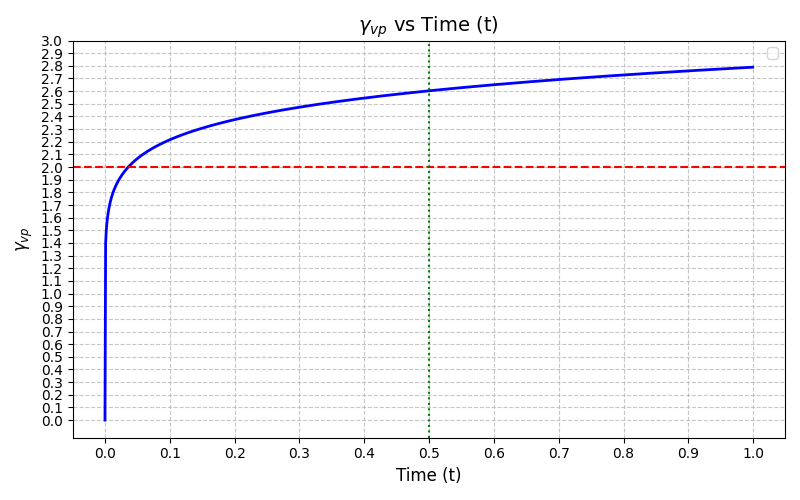
Repository: ajacquey/beaver
Script's output: python examples/viscoelasticity/Lemaitre/Lemaitre_analytical/Lemaitre_analytical.py
An editor plug-in stored every save of this project. The script's output is shown before and after the next save, followed by the edit.
Random numbers start from a fixed seed.

Above is the script's output before, as saved 2025-05-28 17:45:19.

### examples/viscoelasticity/Lemaitre/Lemaitre_analytical/Lemaitre_analytical.py
import numpy as np
import matplotlib.pyplot as plt
from openpyxl import Workbook

def calculate_gamma_vp(t, A_r=1, T_r=289, T=289, q=2, A_2=1, alpha=0.1, beta=1.48):
    """Calculate the analytical solution for gamma_vp"""
    exponent = A_r * ((1 / T_r) - (1 / T))
    numerator = alpha * np.exp(exponent)
    denominator = alpha
    first_term = (numerator / denominator) ** alpha
    second_term = (q / A_2) ** beta
    return first_term * second_term * (t ** alpha)

# Time range from 0 to 1 with step 0.1
t_values = np.arange(0, 1.0, 0.001)

# Calculate gamma_vp for each time point
gamma_vp_values = [calculate_gamma_vp(t) for t in t_values]

# --- Save to Excel ---
wb = Workbook()
ws = wb.active
ws.title = "Gamma_vp Results"
ws.append(["Time (t)", "Gamma_vp"])
for t, gamma in zip(t_values, gamma_vp_values):
    ws.append([t, gamma])
wb.save("gamma_vp_results.csv")

# --- Create Plot ---
plt.figure(figsize=(8, 5))
plt.plot(t_values, gamma_vp_values, 'b-', linewidth=2)
plt.axhline(y=2.0, color='r', linestyle='--')
plt.axvline(x=0.5, color='g', linestyle=':')
plt.legend()
plt.title(r'$\gamma_{vp}$ vs Time (t)', fontsize=14)
plt.xlabel('Time (t)', fontsize=12)
plt.ylabel(r'$\gamma_{vp}$', fontsize=12)
plt.grid(True, linestyle='--', alpha=0.7)
plt.xticks(np.arange(0, 1.1, 0.1))
plt.yticks(np.arange(0, 3.1, 0.1))
plt.tight_layout()

# Save and show plot
plt.savefig('gamma_vp_plot.png', dpi=300)
plt.show()

print("Results saved to:")
print("- Excel file: 'gamma_vp_results.xlsx'")
print("- Plot: 'gamma_vp_plot.png'")

After the next save:
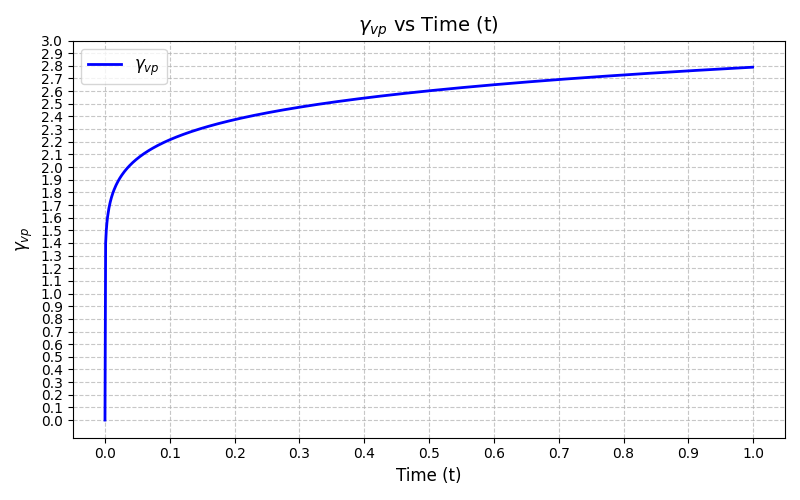
Saved 27 s later.
--- a/examples/viscoelasticity/Lemaitre/Lemaitre_analytical/Lemaitre_analytical.py
+++ b/examples/viscoelasticity/Lemaitre/Lemaitre_analytical/Lemaitre_analytical.py
@@ -29,9 +29,7 @@ wb.save("gamma_vp_results.csv")
 # --- Create Plot ---
 plt.figure(figsize=(8, 5))
 plt.plot(t_values, gamma_vp_values, 'b-', linewidth=2)
-plt.axhline(y=2.0, color='r', linestyle='--')
-plt.axvline(x=0.5, color='g', linestyle=':')
-plt.legend()
+plt.legend([r'$\gamma_{vp}$'], loc='upper left', fontsize=12)
 plt.title(r'$\gamma_{vp}$ vs Time (t)', fontsize=14)
 plt.xlabel('Time (t)', fontsize=12)
 plt.ylabel(r'$\gamma_{vp}$', fontsize=12)
